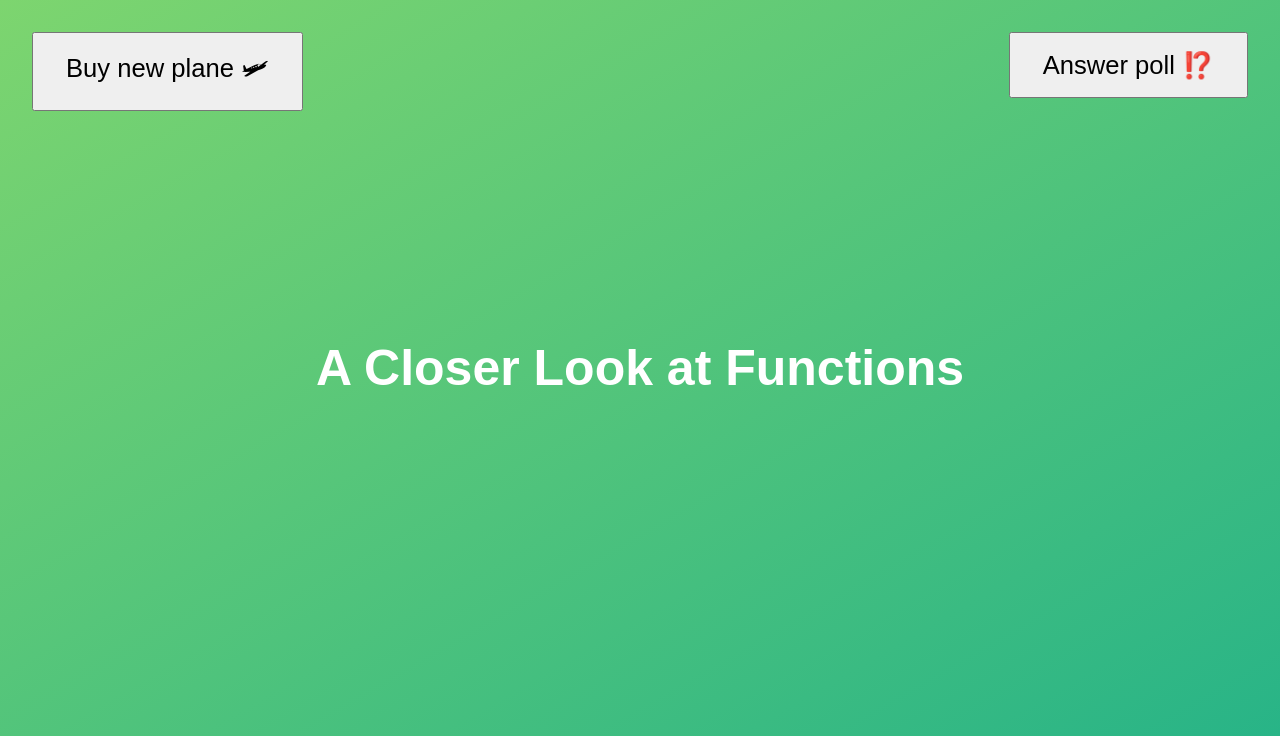
Repository: otvertka/jsc_10
Page: index.html
These files come from the project's save history. The page is drawn as it stood at one moment and after the next save; the edit follows.
The browser window is 1280 px wide. The pictures show the whole page.

Above is the page before, as saved 2023-01-26 11:00:49.

### index.html
<!DOCTYPE html>
<html lang="en">
  <head>
    <meta charset="UTF-8" />
    <meta name="viewport" content="width=device-width, initial-scale=1.0" />
    <meta http-equiv="X-UA-Compatible" content="ie=edge" />
    <title>A Closer Look at Functions</title>
    <style>
      body {
        height: 100vh;
        display: flex;
        align-items: center;
        background: linear-gradient(to top left, #28b487, #7dd56f);
      }
      h1 {
        font-family: sans-serif;
        font-size: 50px;
        line-height: 1.3;
        width: 100%;
        padding: 30px;
        text-align: center;
        color: white;
      }
      .buy,
      .poll {
        font-size: 1.6rem;
        padding: 1rem 2rem;
        position: absolute;
        top: 2rem;
      }
      .buy {
        left: 2rem;
      }
      .poll {
        right: 2rem;
      }
    </style>
  </head>
  <body>
    <h1>A Closer Look at Functions</h1>
    <button class="buy">Buy new plane 🛩</button>
    <button class="poll">Answer poll ⁉️</button>
    <script src="script.js"></script>
  </body>
</html>

### script.js
'use strict';
// 1 Lect

// const bookings = [];

// const createBooking = function (
//   flightNum,
//   numPassengers = 1,
//   price = 199 * numPassengers // Устанавливаем значения по умолчанию, чтобы не было Undefined. В ES 6 можно устанавливать значения по умолчанию и использовать ранее объявленные переменные
// ) {
//   // ES 5
//   //   numPassengers = numPassengers || 1;
//   //   price = price || 199;

//   const booking = {
//     flightNum,
//     numPassengers,
//     price,
//   };
//   console.log(booking);
//   bookings.push(booking);
// };

// createBooking('LH123');
// createBooking('LH123', 2); // price = 398
// createBooking('LH123', 5); // price = 995
// createBooking('LH123', undefined, 1000);  //scip param 'LH123', numPassengers: 1, price: 1000.  Чтобы пропустить значение по умолчанию, можно приравнять к Undefined и

// 2 Lection First-Class and Higher-Order Functions
// const flight = 'LH234';
// const yevhen = {
//   name: 'Yevhen Miroshnychenko',
//   passport: 2474732349934,
// };

// const checkIn = function (flightNum, passenger) {
//   flightNum = 'LH999';
//   passenger.name = 'Mr.' + passenger.name;

//   if (passenger.passport === 2474732349934) {
//     alert('Checked in');
//   } else {
//     alert('Wrong passport!');
//   }
// };
// // checkIn(flight, yevhen);
// console.log(flight);
// console.log(yevhen);

// Тоже самое, что...
// const flightNum = flight;
// const passenger = yevhen;

// const newPassport = function (person) {
//   person.passport = Math.trunc(Math.random() * 100000000);
// };
// newPassport(yevhen);
// checkIn(flight, yevhen);

///////////////// Lect3 . Functions Accepting Callback Functions

// const oneWord = function (str) {
//   return str.replaceAll(/ /g, '').toLowerCase(); // Удаляет пробелы
// };

// const upperFirstWord = function (str) {
//   const [first, ...others] = str.split(' ');
//   return [first.toUpperCase(), ...others].join(' '); // Spread и Деструктуризация
// };

// // Higher-order function
// const transformer = function (str, fn) {
//   console.log(`Original string: ${str}`);
//   console.log(`Transformed string: ${fn(str)}`);

//   console.log(`Transformed by: ${fn.name}`);
// };
// transformer('JavaScript iS ThE Best!', upperFirstWord); // Вызываем коллбэк функцию
// transformer('JavaScript is the best!', oneWord); // Вызываем коллбэк функцию

// // JS использует коллбэки очень часто
// const high5 = function () {
//   // Low level of abstraction function
//   console.log('👋');
// };
// document.body.addEventListener('click', high5); // High level of abstraction function
// ['Jonas', 'Marta', 'Patrik'].forEach(high5);

//////////////// Lect 4 Functions returning functions

// const greet = function (greeting) {
//   return function (name) {
//     console.log(`${greeting} ${name}`);
//   };
// };

// // Challenge стрелочная функция
// // const greet = greeting => name => console.log(`${greeting} ${name}`);

// const greeterHey = greet('Hey');
// greeterHey('Jonas');
// greeterHey('Steven');

// greet('Hello')('Jonas'); //  greet('Hello')- это функция, а ('Jonas')- это аргумент

// /////////////// / // Lect 5, CALL AND APPLY METHODS
// const lufthansa = {
//   airline: 'Lufthansa',
//   iataCode: 'LH',
//   bookings: [],
//   // book: function() {}
//   book(flightnNum, name) {
//     console.log(
//       `${name} booked a seat on ${this.airline} flight ${this.iataCode}${flightnNum}`
//     );
//     this.bookings.push({ flight: `${this.iataCode}${flightnNum}`, name });
//   },
// };

// lufthansa.book(239, 'Jonas Schmedtman');
// lufthansa.book(635, 'John Smith');

// const eurowings = {
//   airline: 'Eurowings',
//   iataCode: 'EW',
//   bookings: [],
// };

// const bookaby = lufthansa.book; // Переиспользуем метод book(flightnNum, name) {} , записав в переменную Book эту функцию
// // Does NOT work  Т.к. функция bookaby была вызвана напрямую, а не как метод или свойство объекта.
// // bookaby(23, 'Sarah Williams'); //  В строгом режиме, если значение this не установлено в контексте выполнения, оно остаётся undefined

// // Call method
// bookaby.call(eurowings, 23, 'Sarah Williams'); // Функция - это просто объект , и поэтому объект имеет Метод, например сall. В этом методе 1й аргумент это откуда мы хотим This
// console.log(eurowings);

// bookaby.call(lufthansa, 239, 'Mary Cooper');
// console.log(lufthansa);

// const swiss = {
//   airline: 'Swiss Air Lines',
//   iataCode: 'LX',
//   bookings: [],
// };

// bookaby.call(swiss, 1111, 'Yevhen Miro');
// console.log(swiss);

// // Apply method
// const flightData = [583, 'George Cooper'];
// bookaby.apply(swiss, flightData);
// console.log(swiss);

// bookaby.call(swiss, ...flightData); // spread

// console.log(swiss);

// Bind method
// bookaby.call(eurowings, 23, 'Sarah Williams');

// const bookEW = bookaby.bind(eurowings);
// const bookLH = bookaby.bind(lufthansa);
// const bookLX = bookaby.bind(swiss);
// bookEW(23, 'Steven Williams');

// const bookEW23 = bookaby.bind(eurowings, 12345);
// bookEW23('Jonas Schmedtmann'); //
// bookEW23('Martha Cooper');
// // With Event Listener
// lufthansa.planes = 300;
// lufthansa.buyPlane = function () {
//   console.log(this);

//   this.planes++;
//   console.log(this.planes);
// };
// // lufthansa.buyPlane();

// document
//   .querySelector('.buy')
//   .addEventListener('click', lufthansa.buyPlane.bind(lufthansa));

// //Partial application
// const addTax = (rate, value) => value + value * rate;
// console.log(addTax(0.1, 200));

// const addVAT = addTax.bind(null, 0.23);
// // addVAT = value => value + value * 0.23;
// console.log(addVAT(100));
// console.log(addVAT(23));

// const addTaxRate = function (rate) {
//   return function (value) {
//     return value + value * rate;
//   };
// };
// const addVAT2 = addTaxRate(0.23);
// console.log(addVAT2(100));
// console.log(addVAT2(23));

// Bind webDev
let user = {
  userName: 'Jack',
  sayHi: function () {
    console.log(this.userName);
  },
};
setTimeout(user.sayHi.bind(user), 1000);

// function f(a, b) {
//   console.log(this);
//   console.log(a + b);
// }

// let g = f.bind('Context');
// g(1, 2);

// let wrapper = func.bind(context, arg1, arg2, ...);
// func.bind(context) == bind(func, context);

After the next save:
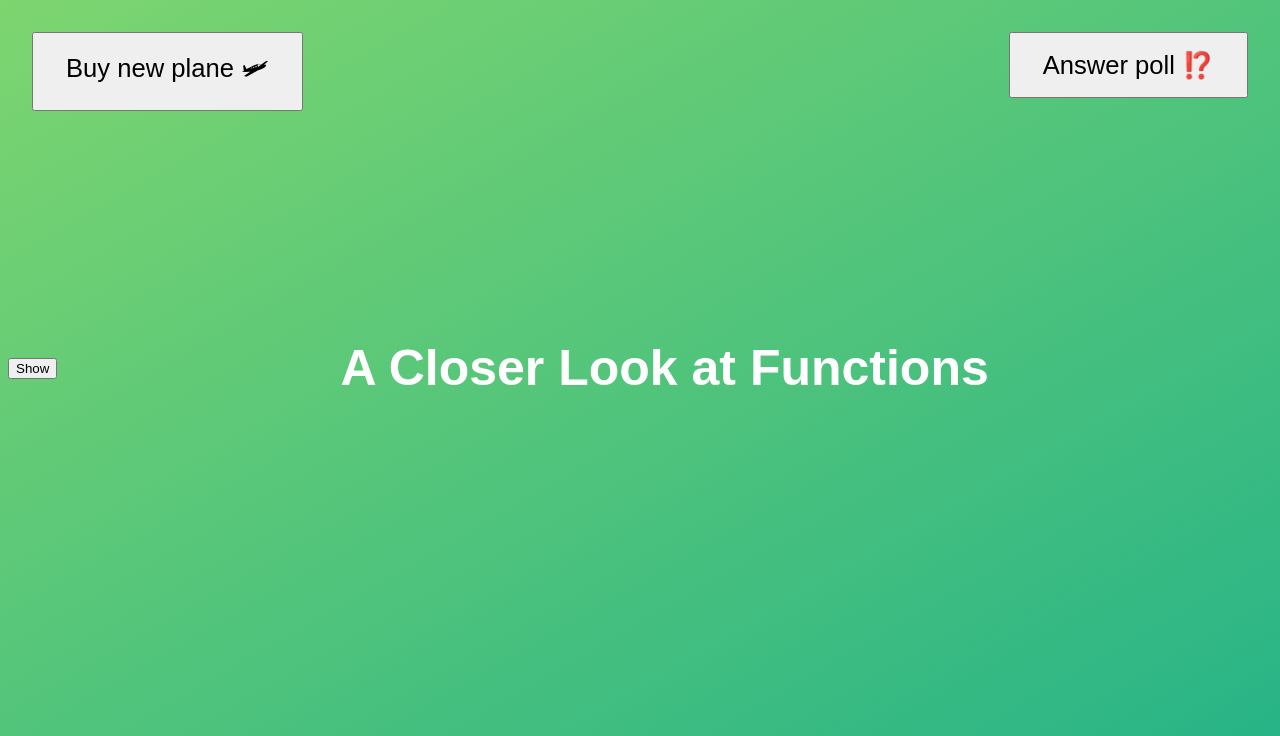
Saved 8 min 25 s later.
--- a/index.html
+++ b/index.html
@@ -37,6 +37,7 @@
     </style>
   </head>
   <body>
+    <button id="btn">Show</button>
     <h1>A Closer Look at Functions</h1>
     <button class="buy">Buy new plane 🛩</button>
     <button class="poll">Answer poll ⁉️</button>
